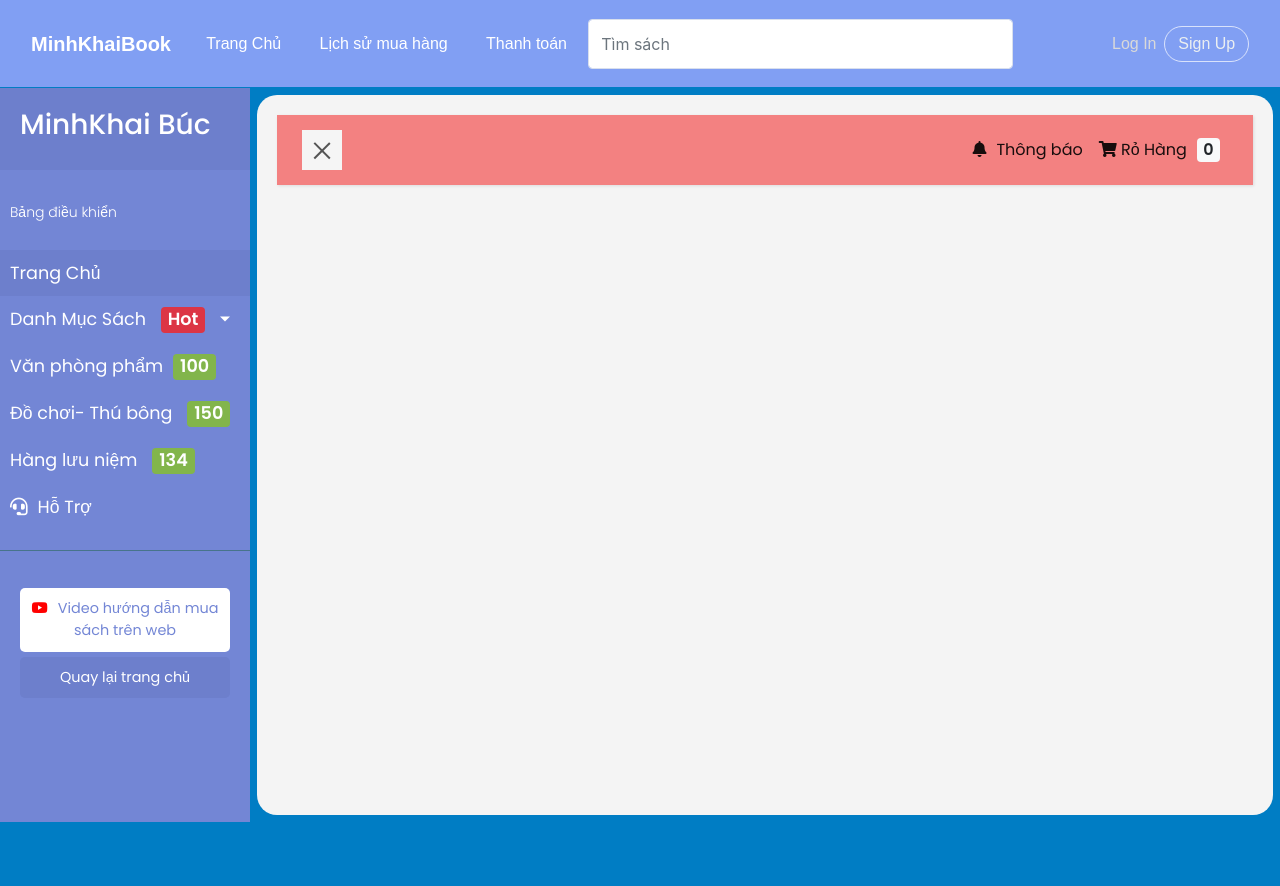
Repository: Chuong1928/Java_Web
Page: http://localhost/test1/SachController
These files come from the project's save history. The page is drawn as it stood at one moment and after the next save; the edit follows.
The browser window is 1280 px wide. The pictures show the whole page.
The page is served by Tomcat 9. Queries for data that is not in the repository find no rows.

Above is the page before, as saved 2020-11-19 15:42:11.
Console error: TypeError: $(...).mask is not a function

After the next save:
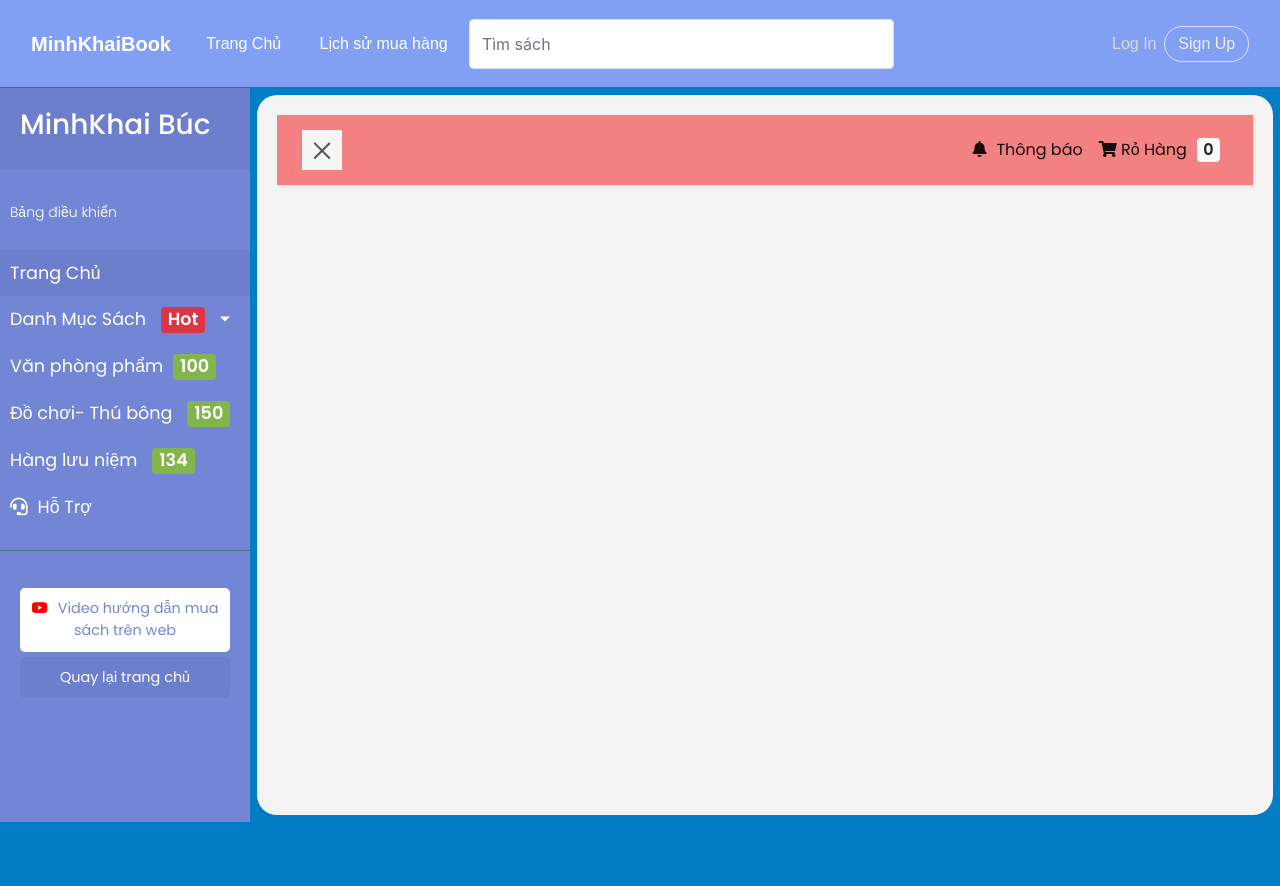
Saved 7 min 23 s later.
--- a/test1/WebContent/hahaha.jsp
+++ b/test1/WebContent/hahaha.jsp
@@ -75,7 +75,7 @@ response.setCharacterEncoding("utf-8");
                         <ul class="nav navbar-nav">
                             <li class="nav-item" role="presentation"><a class="nav-link active" href="SachController">Trang Chủ</a></li>
                             <li class="nav-item" role="presentation"><a class="nav-link active" href="#">Lịch sử mua hàng</a></li>
-                            <li class="nav-item" role="presentation"><a class="nav-link active" href="#">Thanh toán</a></li>
+
 
 
                         </ul>
